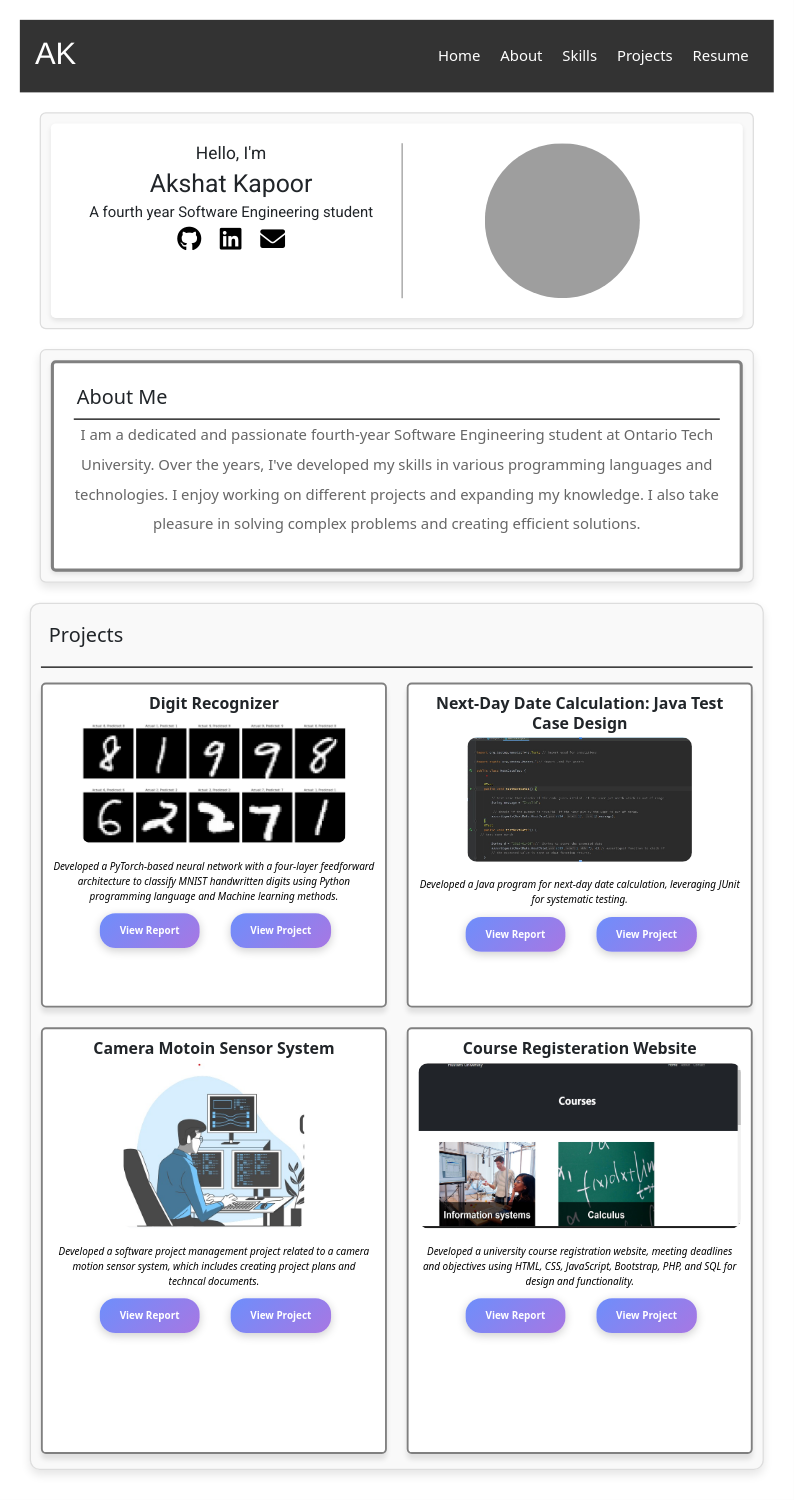
Repository: AkshatKapo/My-Portfolio
Page: /
The author's editor kept a copy of each file at every save. The page is drawn from the files as they stood at one save, then again after the next save.
The browser window is 1280 px wide. The pictures show the whole page, at 62% of full size.
Pictures or frames that could not be fetched are drawn as grey boxes. The project was rebuilt for these pictures with package versions that can differ from the ones it lists, and the page was loaded fresh each time. Also part of the build but not shown: vite.config.js.

Above is the page before, as saved 2024-06-13 15:29:48.

After the next save:
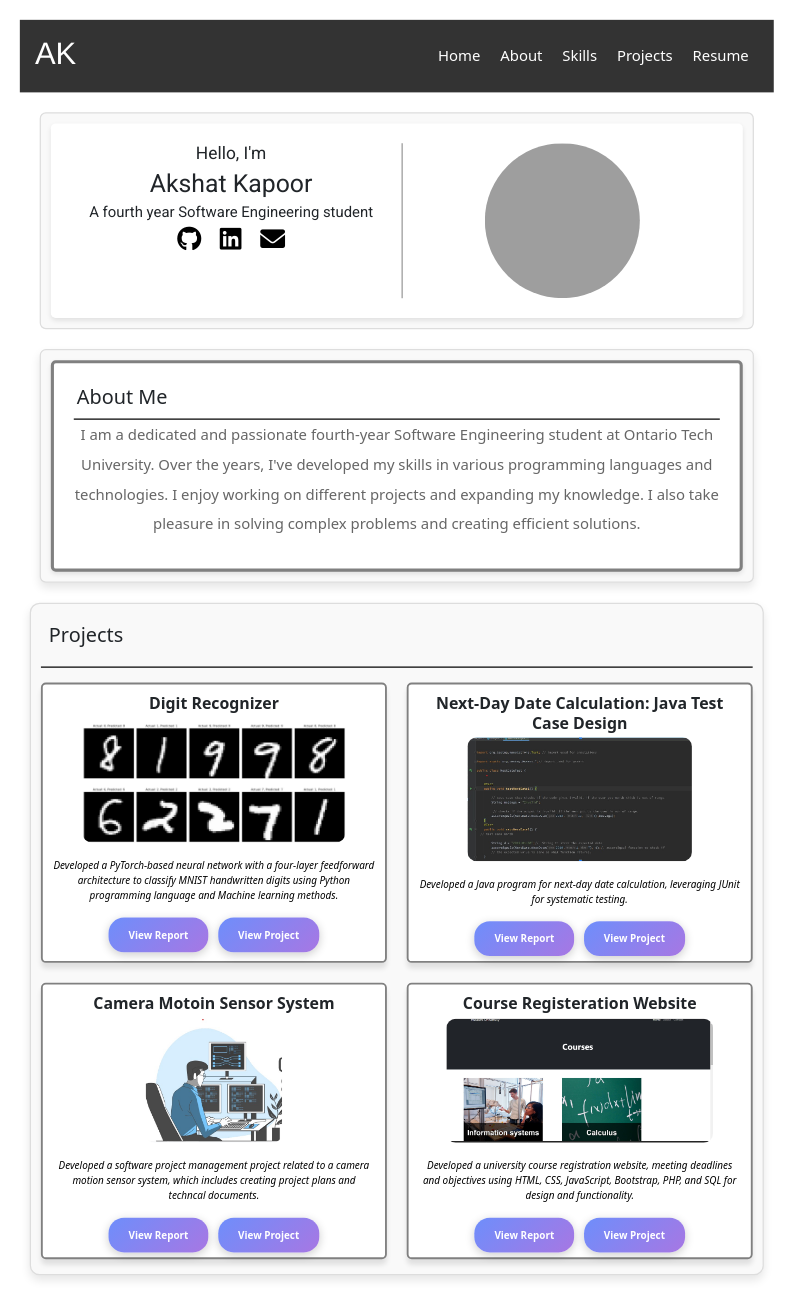
Saved 13 s later.
--- a/src/components/projects.css
+++ b/src/components/projects.css
@@ -12,6 +12,7 @@
   flex-direction: column;
   gap: 1rem; /* Space between rows */
   align-items: stretch;
+
 }
 
 .project-list h2 {
@@ -43,12 +44,11 @@
 .project img {
   justify-content: center;
   max-width: 100%;
-  height: 40%;
+  max-height: 200px;
   border-radius: 15px;
   margin-bottom: 25px;
   border-color:50px solid aquamarine;
 }
-
 
 .project h3 {
   font-size: 1.6rem;
@@ -62,54 +62,33 @@
   font-style: italic;
   color: black;
 }
-.Projectbutton {
 
-    display: inline-block;
-    padding: 1rem 2rem; /* Adjusted padding for better appearance */
-    font-size: 1rem; /* Set font size */
-    font-weight: bold; /* Make font bold */
-    text-align: center; /* Center the text */
-    background: linear-gradient(135deg, #6e8efb, #a777e3); /* Add gradient background */
-    color: white; /* Change text color to white */
-    text-decoration: none; /* Remove underline */
-    border: none; /* Remove border */
-    border-radius: 25px; /* More rounded corners */
-    box-shadow: 0 4px 15px rgba(0, 0, 0, 0.2); /* Add shadow */
-    transition: background 0.3s, transform 0.3s; /* Smooth transitions */
-    cursor: pointer; /* Change cursor to pointer */
-    margin-left: 1%;
-    margin-bottom: 0rem; /* Add a small margin-bottom */
-
-}
-.Projectbutton2 {
-
-    display: inline-block;
-    padding: 1rem 2rem; /* Adjusted padding for better appearance */
-    font-size: 1rem; /* Set font size */
-    font-weight: bold; /* Make font bold */
-    text-align: center; /* Center the text */
-    background: linear-gradient(135deg, #6e8efb, #a777e3); /* Add gradient background */
-    color: white; /* Change text color to white */
-    text-decoration: none; /* Remove underline */
-    border: none; /* Remove border */
-    border-radius: 25px; /* More rounded corners */
-    box-shadow: 0 4px 15px rgba(0, 0, 0, 0.2); /* Add shadow */
-    transition: background 0.3s, transform 0.3s; /* Smooth transitions */
-    cursor: pointer; /* Change cursor to pointer */
-    margin-left: 50px;
-    margin-bottom: 0rem; /* Add a small margin-bottom */
-
+.Projectbutton, .Projectbutton2 {
+  display: inline-block;
+  padding: 1rem 2rem; /* Adjusted padding for better appearance */
+  font-size: 1rem; /* Set font size */
+  font-weight: bold; /* Make font bold */
+  text-align: center; /* Center the text */
+  background: linear-gradient(135deg, #6e8efb, #a777e3); /* Add gradient background */
+  color: white; /* Change text color to white */
+  text-decoration: none; /* Remove underline */
+  border: none; /* Remove border */
+  border-radius: 25px; /* More rounded corners */
+  box-shadow: 0 4px 15px rgba(0, 0, 0, 0.2); /* Add shadow */
+  transition: background 0.3s, transform 0.3s; /* Smooth transitions */
+  cursor: pointer; /* Change cursor to pointer */
+  margin: 0.5rem; /* Add a small margin for better spacing */
 }
 
-.Projectbutton:hover {
+.Projectbutton:hover, .Projectbutton2:hover {
   background: linear-gradient(135deg, #a777e3, #6e8efb); /* Reverse gradient on hover */
   transform: translateY(-2px); /* Slight lift on hover */
   box-shadow: 0 6px 20px rgba(0, 0, 0, 0.3); /* Increase shadow on hover */
 }
-.Projectbutton2:hover {
-  background: linear-gradient(135deg, #a777e3, #6e8efb); /* Reverse gradient on hover */
-  transform: translateY(-2px); /* Slight lift on hover */
-  box-shadow: 0 6px 20px rgba(0, 0, 0, 0.3); /* Increase shadow on hover */
+.seperator {
+  border-top: 2px solid black;
+  width: 100%; /* Adjust as needed */
+  margin: 20px 3; /* Adjust as needed */
 }
 
 /* Responsive Design */
